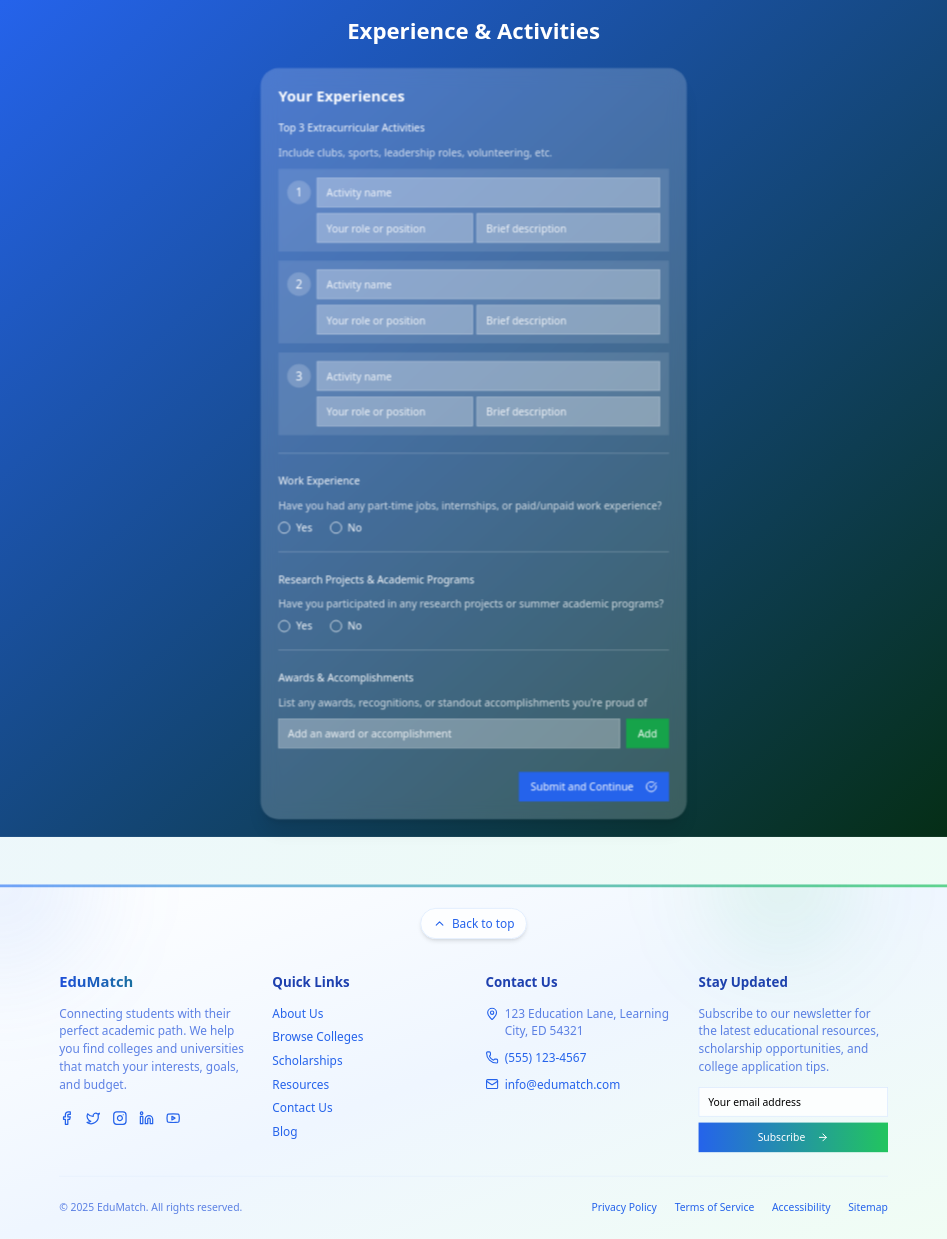
Repository: Kish202/EdTech
Page: /experience-activities
An editor plug-in stored every save of this project. The page is shown before and after the next save, followed by the edit.
The browser window is 1280 px wide. The pictures show the whole page, at 74% of full size.
The project was rebuilt for these pictures with package versions that can differ from the ones it lists, and the page was loaded fresh each time. Also part of the build but not shown: vite.config.js, src/components/sections/Navbar.jsx, src/components/registerforms/RegisterForm.jsx, src/components/sections/Hero.jsx, src/components/sections/Steps.jsx, src/components/ui/avatar.jsx, src/components/sections/Testmonials.jsx, src/components/ui/select.jsx and 12 more.

Above is the page before, as saved 2025-04-18 19:10:15.

### src/index.css

@import "slick-carousel/slick/slick.css";
@import "slick-carousel/slick/slick-theme.css";

@tailwind base;
@tailwind components;
@tailwind utilities;

### src/components/registerforms/Form4.jsx
import React, { useState, useEffect } from 'react';
import { Card, CardContent, CardFooter } from '@/components/ui/card';
import { Input } from '@/components/ui/input';
import { Button } from '@/components/ui/button';
import { Label } from '@/components/ui/label';
import { Textarea } from '@/components/ui/textarea';
import { RadioGroup, RadioGroupItem } from '@/components/ui/radio-group';
import { CheckCircle, AlertCircle, Trash2 } from 'lucide-react';
import { Badge } from '@/components/ui/badge';
import { Separator } from '@/components/ui/separator';

export default function ExperienceActivitiesCard() {
  // State for form data
  const [formData, setFormData] = useState({
    activities: [
      { name: '', description: '', role: '' },
      { name: '', description: '', role: '' },
      { name: '', description: '', role: '' }
    ],
    workExperience: {
      hasExperience: '',
      description: ''
    },
    researchExperience: {
      hasExperience: '',
      description: ''
    },
    awards: []
  });

  // State for new award input
  const [newAward, setNewAward] = useState('');

  // State for errors
  const [errors, setErrors] = useState({});

  // Load data from local storage on component mount
  useEffect(() => {
    const savedData = localStorage.getItem('experienceActivitiesData');
    if (savedData) {
      try {
        const parsedData = JSON.parse(savedData);
        setFormData(parsedData);
      } catch (e) {
        console.error("Error parsing saved data:", e);
      }
    }
  }, []);

  // Handle extracurricular activity input changes
  const handleActivityChange = (index, field, value) => {
    const updatedActivities = [...formData.activities];
    updatedActivities[index] = {
      ...updatedActivities[index],
      [field]: value
    };

    setFormData({
      ...formData,
      activities: updatedActivities
    });

    // Clear error when user types
    if (errors.activities) {
      setErrors({ ...errors, activities: '' });
    }
  };

  // Handle work experience radio selection
  const handleWorkExperienceToggle = (value) => {
    setFormData({
      ...formData,
      workExperience: {
        ...formData.workExperience,
        hasExperience: value
      }
    });

    // Clear error when user selects
    if (errors.workExperience) {
      setErrors({ ...errors, workExperience: '' });
    }
  };

  // Handle work experience description
  const handleWorkDescriptionChange = (e) => {
    setFormData({
      ...formData,
      workExperience: {
        ...formData.workExperience,
        description: e.target.value
      }
    });
  };

  // Handle research experience radio selection
  const handleResearchExperienceToggle = (value) => {
    setFormData({
      ...formData,
      researchExperience: {
        ...formData.researchExperience,
        hasExperience: value
      }
    });

    // Clear error when user selects
    if (errors.researchExperience) {
      setErrors({ ...errors, researchExperience: '' });
    }
  };

  // Handle research experience description
  const handleResearchDescriptionChange = (e) => {
    setFormData({
      ...formData,
      researchExperience: {
        ...formData.researchExperience,
        description: e.target.value
      }
    });
  };

  // Handle new award input
  const handleNewAwardChange = (e) => {
    setNewAward(e.target.value);
  };

  // Add a new award
  const addAward = () => {
    if (newAward.trim() !== '') {
      const updatedAwards = [...formData.awards, newAward.trim()];
      setFormData({
        ...formData,
        awards: updatedAwards
      });
      setNewAward('');

      // Clear error when user adds an award
      if (errors.awards) {
        setErrors({ ...errors, awards: '' });
      }
    }
  };

  // Remove an award
  const removeAward = (index) => {
    const updatedAwards = formData.awards.filter((_, i) => i !== index);
    setFormData({
      ...formData,
      awards: updatedAwards
    });
  };

  // Handle Enter key press on new award input
  const handleKeyPress = (e) => {
    if (e.key === 'Enter') {
      e.preventDefault();
      addAward();
    }
  };

  // Validate form
  const validateForm = () => {
    let formErrors = {};
    let isValid = true;

    // Validate at least one activity
    if (!formData.activities[0].name.trim()) {
      formErrors.activities = 'Please enter at least one extracurricular activity';
      isValid = false;
    }

    // Validate work experience selection
    if (!formData.workExperience.hasExperience) {
      formErrors.workExperience = 'Please select yes or no';
      isValid = false;
    }

    // If yes to work experience, validate description
    if (formData.workExperience.hasExperience === 'yes' &&
        !formData.workExperience.description.trim()) {
      formErrors.workExperienceDescription = 'Please provide details about your work experience';
      isValid = false;
    }

    // Validate research experience selection
    if (!formData.researchExperience.hasExperience) {
      formErrors.researchExperience = 'Please select yes or no';
      isValid = false;
    }

    // If yes to research experience, validate description
    if (formData.researchExperience.hasExperience === 'yes' &&
        !formData.researchExperience.description.trim()) {
      formErrors.researchExperienceDescription = 'Please provide details about your research experience';
      isValid = false;
    }

    setErrors(formErrors);
    return isValid;
  };

  // Handle submit button click
  const handleSubmit = () => {
    if (validateForm()) {
      // Store in local storage
      localStorage.setItem('experienceActivitiesData', JSON.stringify(formData));

      // Simulate navigation to next page
      alert("Data saved! Ready to navigate to the next page.");
      // In a real application, you would use something like:
      // navigate('/next-page');
    }
  };

  // Error message component
  const ErrorMessage = ({ error }) => {
    if (!error) return null;

    return (
      <div className="text-red-400 text-sm mt-1 flex items-center">
        <AlertCircle className="h-3 w-3 mr-1" />
        {error}
      </div>
    );
  };

  return (
    <div className="min-h-screen flex flex-col items-center justify-center p-6 bg-gradient-to-br from-blue-600 to-green-950">
      <h1 className="text-3xl font-bold text-white mb-8 text-center">
        Experience & Activities
      </h1>

      <Card className="bg-white/20 backdrop-blur-md shadow-xl border-0 transition-all duration-300 transform max-w-xl w-full rounded-3xl">
        <CardContent className="pt-6">
          <h2 className="text-xl font-semibold mb-4 text-white">Your Experiences</h2>

          <div className="space-y-6">
            {/* Extracurricular Activities */}
            <div className="space-y-3">
              <Label className="text-white font-medium">Top 3 Extracurricular Activities</Label>
              <p className="text-white/80 text-sm">
                Include clubs, sports, leadership roles, volunteering, etc.
              </p>

              {formData.activities.map((activity, index) => (
                <div key={index} className="space-y-2 bg-white/10 p-3 rounded-lg">
                  <div className="flex items-center ">
                    <div className="flex  items-center justify-center bg-white/20 rounded-full w-8 h-8 mr-2 shrink-0">
                      <span className="text-white font-medium">{index + 1}</span>
                    </div>
                    <Input
                      value={activity.name}
                      onChange={(e) => handleActivityChange(index, 'name', e.target.value)}
                      className="bg-white/30 text-white placeholder:text-white/90 border-white/30"
                      placeholder={`Activity name`}
                    />
                  </div>

                  <div className="grid grid-cols-1 md:grid-cols-2 gap-2">
                    <Input
                      value={activity.role}
                      onChange={(e) => handleActivityChange(index, 'role', e.target.value)}
                      className="bg-white/30 text-white placeholder:text-white/90 border-white/30 w-[91%] ml-10 md:w-[85%]"
                      placeholder="Your role or position"
                    />
                    <Input
                      value={activity.description}
                      onChange={(e) => handleActivityChange(index, 'description', e.target.value)}
                      className="bg-white/30 text-white placeholder:text-white/90 border-white/30 "
                      placeholder="Brief description"
                    />
                  </div>
                </div>
              ))}

              {errors.activities && <ErrorMessage error={errors.activities} />}
            </div>

            <Separator className="bg-white/30" />

            {/* Work Experience */}
            <div className="space-y-3">
              <Label className="text-white font-medium">Work Experience</Label>
              <p className="text-white/80 text-sm">
                Have you had any part-time jobs, internships, or paid/unpaid work experience?
              </p>

              <RadioGroup
                value={formData.workExperience.hasExperience}
                onValueChange={handleWorkExperienceToggle}
                className="flex space-x-4"
              >
                <div className="flex items-center space-x-2">
                  <RadioGroupItem value="yes" id="work-yes" className="border-white text-white" />
                  <Label htmlFor="work-yes" className="text-white">Yes</Label>
                </div>
                <div className="flex items-center space-x-2">
                  <RadioGroupItem value="no" id="work-no" className="border-white text-white" />
                  <Label htmlFor="work-no" className="text-white">No</Label>
                </div>
              </RadioGroup>
              <ErrorMessage error={errors.workExperience} />

              {formData.workExperience.hasExperience === 'yes' && (
                <div className="space-y-2">
                  <Label htmlFor="workDescription" className="text-white/80 text-sm">
                    Please describe your work experience
                  </Label>
                  <Textarea
                    id="workDescription"
                    value={formData.workExperience.description}
                    onChange={handleWorkDescriptionChange}
                    className={`bg-white/30 text-white placeholder:text-white/90 min-h-24 ${
                      errors.workExperienceDescription ? 'border-red-400' : 'border-white/30'
                    }`}
                    placeholder="Describe your roles, responsibilities, and what you learned"
                  />
                  <ErrorMessage error={errors.workExperienceDescription} />
                </div>
              )}
            </div>

            <Separator className="bg-white/30" />

            {/* Research Experience */}
            <div className="space-y-3">
              <Label className="text-white font-medium">Research Projects & Academic Programs</Label>
              <p className="text-white/80 text-sm">
                Have you participated in any research projects or summer academic programs?
              </p>

              <RadioGroup
                value={formData.researchExperience.hasExperience}
                onValueChange={handleResearchExperienceToggle}
                className="flex space-x-4"
              >
                <div className="flex items-center space-x-2">
                  <RadioGroupItem value="yes" id="research-yes" className="border-white text-white" />
                  <Label htmlFor="research-yes" className="text-white">Yes</Label>
                </div>
                <div className="flex items-center space-x-2">
                  <RadioGroupItem value="no" id="research-no" className="border-white text-white" />
                  <Label htmlFor="research-no" className="text-white">No</Label>
                </div>
              </RadioGroup>
              <ErrorMessage error={errors.researchExperience} />

              {formData.researchExperience.hasExperience === 'yes' && (
                <div className="space-y-2">
                  <Label htmlFor="researchDescription" className="text-white/80 text-sm">
                    Please describe your research experience
                  </Label>
                  <Textarea
                    id="researchDescription"
                    value={formData.researchExperience.description}
                    onChange={handleResearchDescriptionChange}
                    className={`bg-white/30 text-white placeholder:text-white/90 min-h-24 ${
                      errors.researchExperienceDescription ? 'border-red-400' : 'border-white/30'
                    }`}
                    placeholder="Describe the research project or program, your role, and what you learned"
                  />
                  <ErrorMessage error={errors.researchExperienceDescription} />
                </div>
              )}
            </div>

            <Separator className="bg-white/30" />

            {/* Awards & Accomplishments */}
            <div className="space-y-3">
              <Label className="text-white font-medium">Awards & Accomplishments</Label>
              <p className="text-white/80 text-sm">
                List any awards, recognitions, or standout accomplishments you're proud of
              </p>

              {/* Awards list */}
              <div className="space-y-2">
                {formData.awards.map((award, index) => (
                  <div key={index} className="flex items-center bg-white/10 p-2 rounded-lg">
                    <div className="flex-1 text-white">{award}</div>
                    <Button
                      variant="ghost"
                      size="sm"
                      onClick={() => removeAward(index)}
                      className="text-white/70 hover:text-white hover:bg-white/20"
                    >
                      <Trash2 className="h-4 w-4" />
                    </Button>
                  </div>
                ))}
              </div>

              {/* New award input */}
              <div className="flex space-x-2">
                <Input
                  value={newAward}
                  onChange={handleNewAwardChange}
                  onKeyPress={handleKeyPress}
                  className="bg-white/30 text-white placeholder:text-white/90 border-white/30 flex-1"
                  placeholder="Add an award or accomplishment"
                />
                <Button
                  onClick={addAward}
                  className="bg-green-600 hover:bg-green-700 text-white"
                >
                  Add
                </Button>
              </div>
            </div>
          </div>
        </CardContent>

        <CardFooter className="flex justify-end pt-2 pb-6">
          <Button
            onClick={handleSubmit}
            className="bg-blue-600 hover:bg-blue-700 text-white"
          >
            Submit and Continue <CheckCircle className="ml-2 h-4 w-4" />
          </Button>
        </CardFooter>
      </Card>
    </div>
  );
}

### src/components/ui/input.jsx
import * as React from "react"

import { cn } from "@/lib/utils"

const Input = React.forwardRef(({ className, type, ...props }, ref) => {
  return (
    <input
      type={type}
      className={cn(
        "flex h-10 w-full rounded-md border border-input bg-background px-3 py-2 text-base ring-offset-background file:border-0 file:bg-transparent file:text-sm file:font-medium file:text-foreground placeholder:text-muted-foreground focus-visible:outline-none focus-visible:ring-2 focus-visible:ring-ring focus-visible:ring-offset-2 disabled:cursor-not-allowed disabled:opacity-50 md:text-sm",
        className
      )}
      ref={ref}
      {...props} />
  );
})
Input.displayName = "Input"

export { Input }

### src/components/ui/radio-group.jsx
import * as React from "react"
import * as RadioGroupPrimitive from "@radix-ui/react-radio-group"
import { Circle } from "lucide-react"

import { cn } from "@/lib/utils"

const RadioGroup = React.forwardRef(({ className, ...props }, ref) => {
  return (<RadioGroupPrimitive.Root className={cn("grid gap-2", className)} {...props} ref={ref} />);
})
RadioGroup.displayName = RadioGroupPrimitive.Root.displayName

const RadioGroupItem = React.forwardRef(({ className, ...props }, ref) => {
  return (
    <RadioGroupPrimitive.Item
      ref={ref}
      className={cn(
        "aspect-square h-4 w-4 rounded-full border border-primary text-primary ring-offset-background focus:outline-none focus-visible:ring-2 focus-visible:ring-ring focus-visible:ring-offset-2 disabled:cursor-not-allowed disabled:opacity-50",
        className
      )}
      {...props}>
      <RadioGroupPrimitive.Indicator className="flex items-center justify-center">
        <Circle className="h-2.5 w-2.5 fill-current text-current" />
      </RadioGroupPrimitive.Indicator>
    </RadioGroupPrimitive.Item>
  );
})
RadioGroupItem.displayName = RadioGroupPrimitive.Item.displayName

export { RadioGroup, RadioGroupItem }

Loaded but not shown: index.html (common file); src/main.jsx (common file); src/App.css (common file); src/lib/utils.js (common file); src/components/ui/label.jsx (common file); src/components/ui/separator.jsx (common file); tailwind.config.js (158 lines, source omitted); src/components/sections/Footer.jsx (229 lines, source omitted); src/App.jsx (53 lines, source omitted); src/components/ui/button.jsx (47 lines, source omitted); src/components/ui/accordion.jsx (41 lines, source omitted); src/components/ui/card.jsx (50 lines, source omitted)

After the next save:
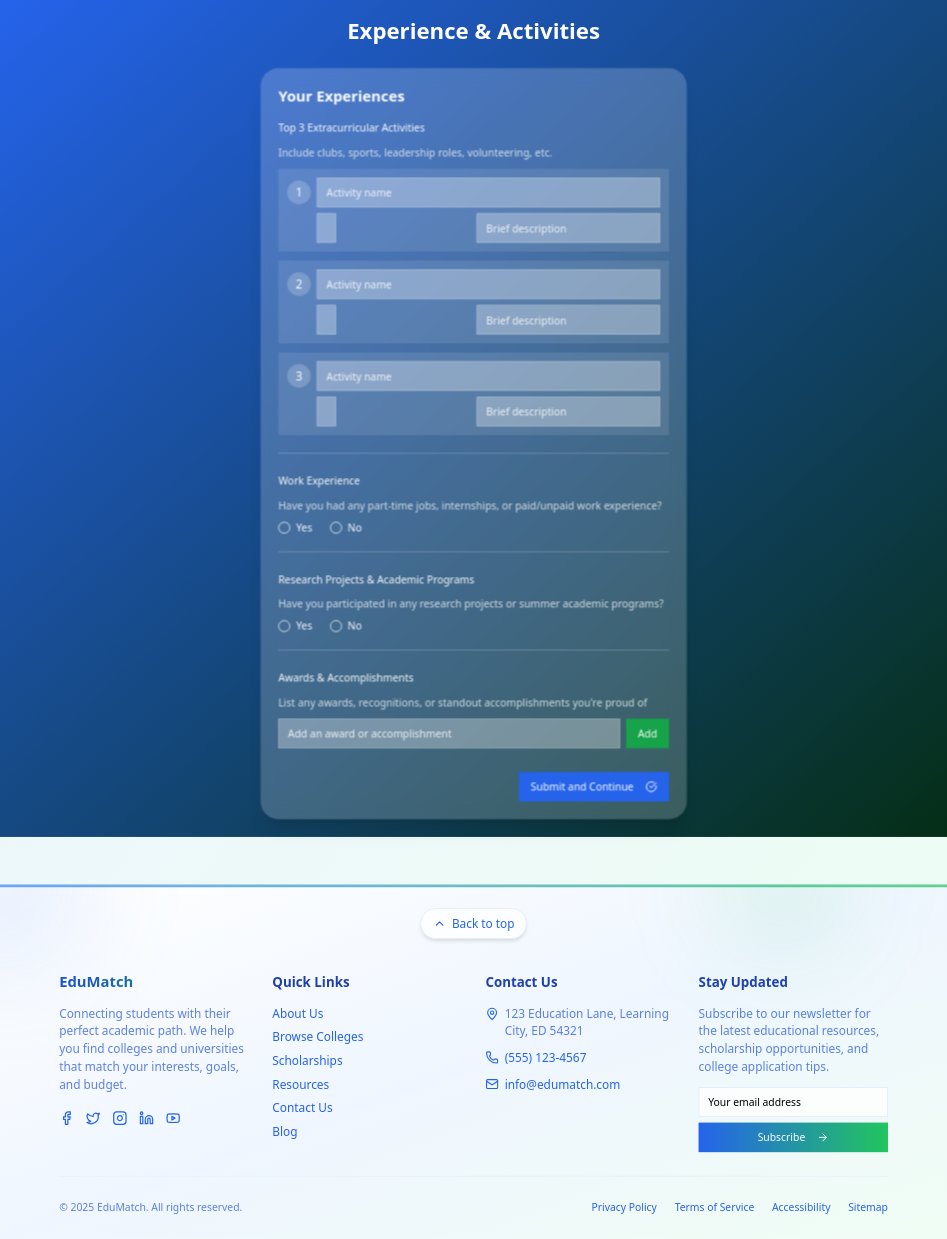
Saved 13 s later.
--- a/src/components/registerforms/Form4.jsx
+++ b/src/components/registerforms/Form4.jsx
@@ -261,7 +261,7 @@
                     <Input
                       value={activity.role}
                       onChange={(e) => handleActivityChange(index, 'role', e.target.value)}
-                      className="bg-white/30 text-white placeholder:text-white/90 border-white/30 w-[91%] ml-10 md:w-[85%]"
+                      className="bg-white/30 text-white placeholder:text-white/90 border-white/30 w-[91%] ml-10 md:w-[8%]"
                       placeholder="Your role or position"
                     />
                     <Input

After the save that followed:
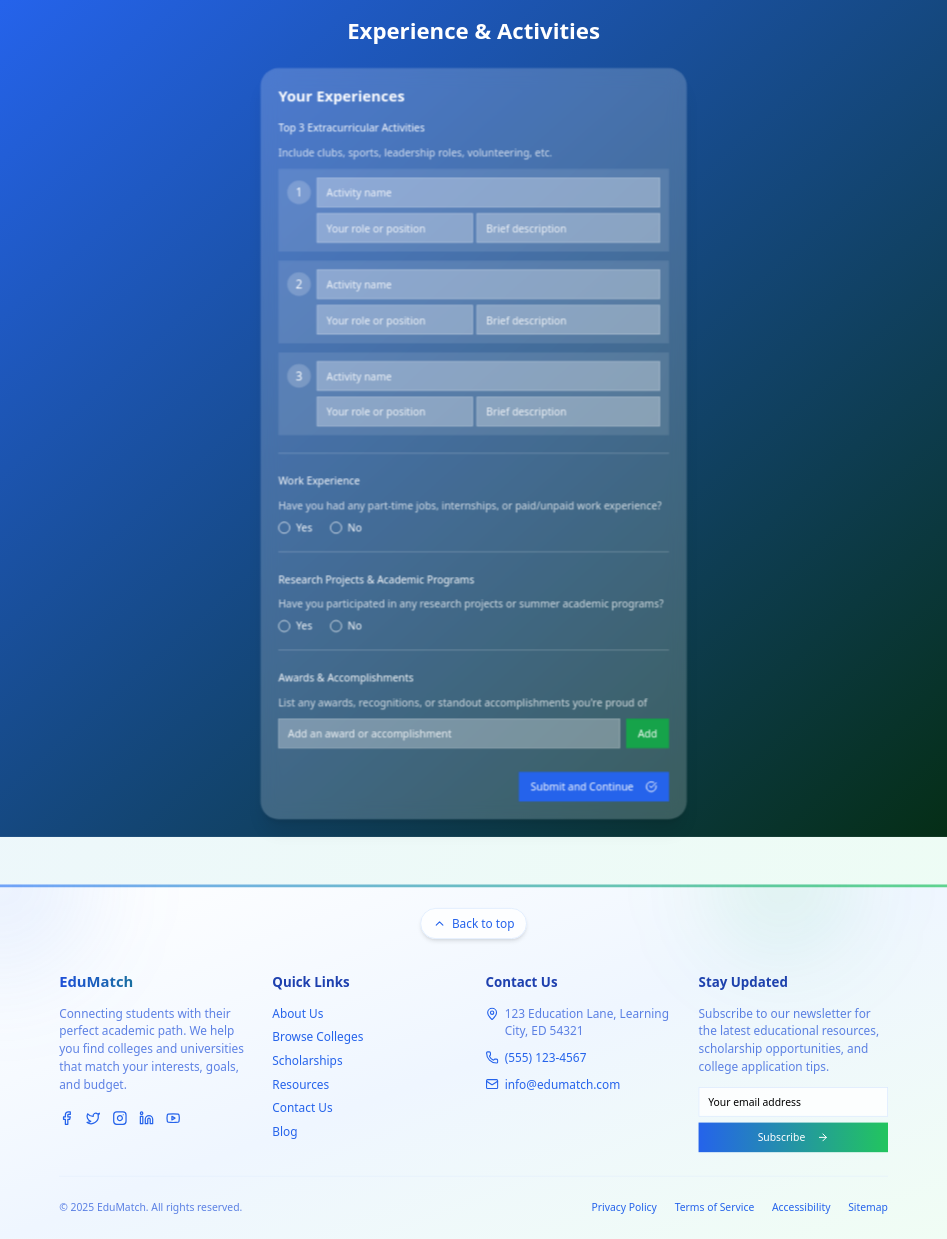
Saved 5 s later.
--- a/src/components/registerforms/Form4.jsx
+++ b/src/components/registerforms/Form4.jsx
@@ -261,7 +261,7 @@
                     <Input
                       value={activity.role}
                       onChange={(e) => handleActivityChange(index, 'role', e.target.value)}
-                      className="bg-white/30 text-white placeholder:text-white/90 border-white/30 w-[91%] ml-10 md:w-[8%]"
+                      className="bg-white/30 text-white placeholder:text-white/90 border-white/30 w-[91%] ml-10 md:w-[85%]"
                       placeholder="Your role or position"
                     />
                     <Input
